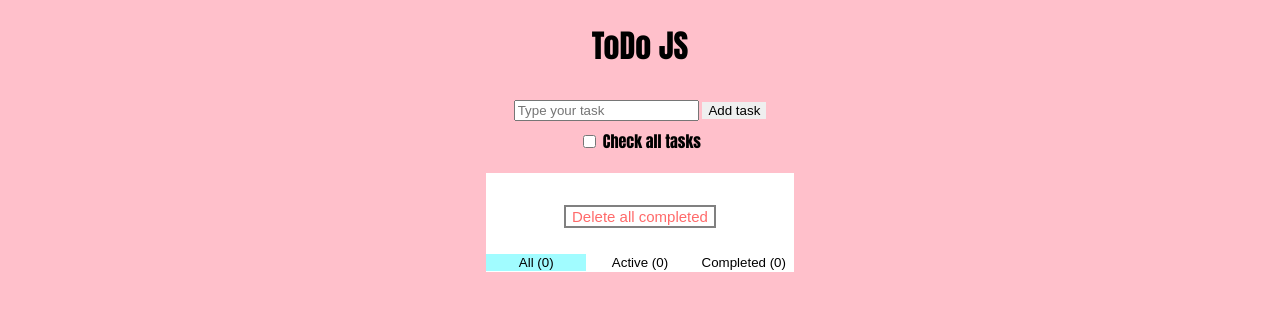
Repository: mklyagin/klyagin_todojs
Page: index.html
An editor plug-in stored every save of this project. The page is shown before and after the next save, followed by the edit.
The browser window is 1280 px wide. The pictures show the whole page.

Above is the page before, as saved 2024-02-27 17:57:21.

After the next save:
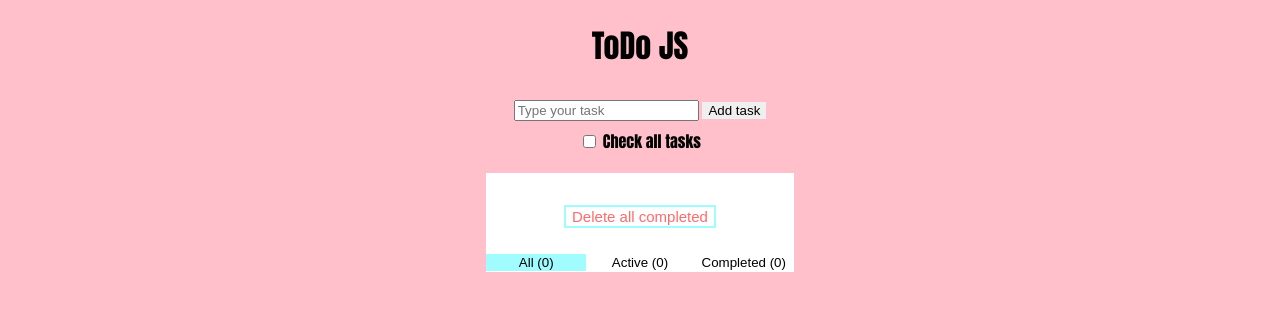
Saved 12 s later.
--- a/style.css
+++ b/style.css
@@ -75,7 +75,7 @@ li {
   color: rgb(255, 106, 106);
   font-size: 15px;
   margin-bottom: 20px;
-  border: 2px solid grey;
+  border: 2px solid #a1fcff;
 }
 
 .hidden-element {
